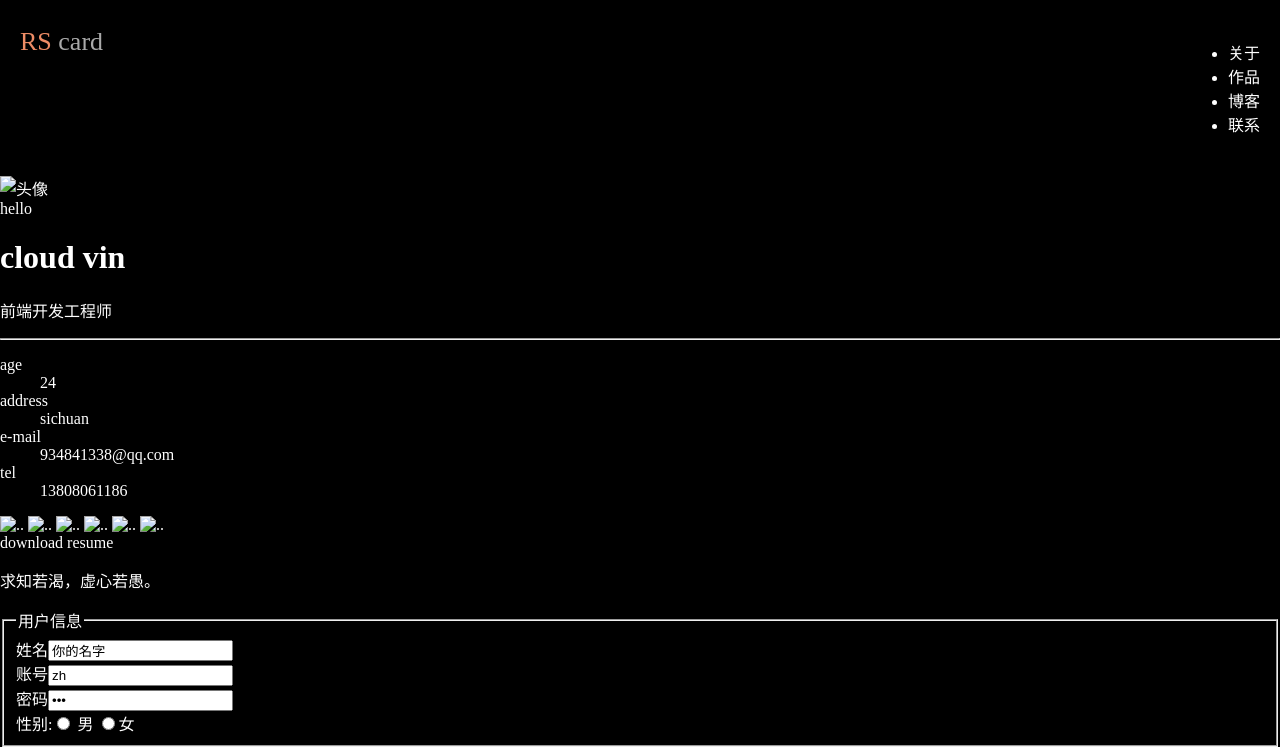
Repository: CloudVin/MyResume
Page: resume.html
The author's editor kept a copy of each file at every save. The page is drawn from the files as they stood at one save, then again after the next save.
The browser window is 1280 px wide. The pictures show the whole page.

Above is the page before, as saved 2020-07-04 16:47:35.

### resume.html
<!DOCTYPE html>
<html lang="en">

<head>
    <meta charset="UTF-8">
    <meta name="viewport" content="width=device-width, initial-scale=1.0">
    <title>my resume</title>
    <link rel="stylesheet" href="./a.css">
    <script>
        function uncheck() {
            var radio = document.getElementById("nan");
            if (radio.tag == 1) {
                radio.checked = false;
                radio.tag = 0;
            } else {
                radio.checked = true;
                radio.tag = 1;
            }
        }
    </script>
</head>

<body>
    <div class="topnavbar">
       <div class="topnavbar-inner clearfix">
            <a class="logo" href="#" alt="logo" style="float:left;">
                <span class="rs">RS</span>
                <span class="card">card</span>
            </a>

            <nav style="float: right;">

                    <ul class="clearfix">
                        <li><a href="#">关于</a>
                        </li>
                        <li><a href="#">作品</a>
                        </li>
                        <li><a href="#">博客</a>
                        </li>
                        <li><a href="#">联系</a>
                        </li>
                    </ul>

            </nav>
       </div>
    </div>
    <div class="banner">
        <div class="mask"></div>
    </div>
    <main>
        <div class="card">
            <div class="picture">
                <img src="#" alt="头像">
            </div>
            <div class="text">
                <div class="profile">
                    <span class="welcome">hello</span>
                    <h1>cloud vin</h1>
                    <p>前端开发工程师</p>
                    <hr>
                    <dl>
                        <dt>age</dt>
                        <dd>24</dd>
                        <dt>address</dt>
                        <dd>sichuan</dd>
                        <dt>e-mail</dt>
                        <dd>934841338@qq.com</dd>
                        <dt>tel</dt>
                        <dd>13808061186</dd>
                    </dl>
                </div>
                <footer class="media">
                    <a href="#"><img src="#" alt=".." /></a>
                    <a href="#"><img src="#" alt=".." /></a>
                    <a href="#"><img src="#" alt=".." /></a>
                    <a href="#"><img src="#" alt=".." /></a>
                    <a href="#"><img src="#" alt=".." /></a>
                    <a href="#"><img src="#" alt=".." /></a>
                </footer>

            </div>
        </div>
        <a class="button" href="#">download resume</a>
        <p>
            求知若渴，虚心若愚。
        </p>
    </main>
    <form>

        <fieldset>
            <legend>用户信息</legend>
            姓名<input type="text" value="你的名字"><br>
            账号<input value="zh"><br>
            密码<input type="password" value="pwd"><br>
            性别:<input type="radio" id="nan" name="radio" value="male" onclick="uncheck()">
            <lable for="nan">男</lable>
            <input type="radio" id="nv" name="radio" value="female" onclick="uncheck()"><label for="nv">女</label>
        </fieldset>
    </form>

</body>

</html>

### a.css
.clearfix::after{
    content: "";
    display: block;
    clear: both;
}
body{
    background-color: black;
    color: white;
    margin: 0;
}
a{
    text-decoration: none;
    color: inherit;
}
.topnavbar>nav>ul{
    list-style: none;
    margin: 0;
    padding: 0;
}
.topnavbar>nav>ul>li{
    float: left;
    margin-left: 17px;
    margin-right: 17px;
}
.topnavbar>nav>ul>li>a{
    font-size : 16px;
    color: darkgray;
    text-decoration: none;
    font-weight: bold;
    border-top: 3px solid transparent;
    border-bottom: 3px solid transparent;
    padding-top: 5px;
    padding-bottom: 5px;
    display: block;
}
.topnavbar>nav>ul>li>a:hover{
    border-bottom:3px solid #ee8c65;
}
.topnavbar-inner{
    padding-top: 24px;
    padding-bottom: 24px;
    margin-left: 20px;
    margin-right: 20px;
}
.topnavbar .logo{

    font-family: "Cooper Black";
    font-size: 26px;
    padding-top: 3px;
    padding-bottom: 4px;
}
.topnavbar .logo .rs{

    color: #ee8c65;
}
.topnavbar .logo .card{
    color: darkgrey;
}
.banner{

    background: url(./img/ms1.jpg);
    background-size: cover;
    background-position: center center;

}

After the next save:
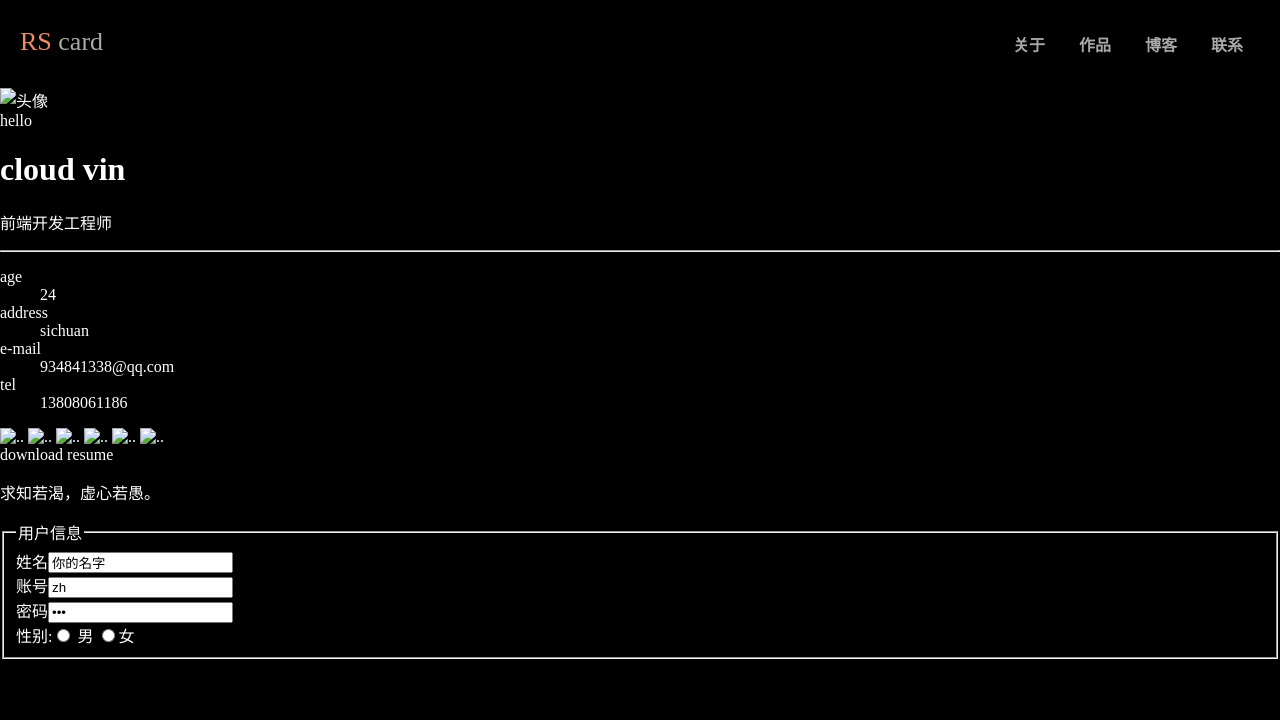
Saved 95 s later.
--- a/a.css
+++ b/a.css
@@ -12,17 +12,17 @@
     text-decoration: none;
     color: inherit;
 }
-.topnavbar>nav>ul{
+.topnavbar-inner>nav>ul{
     list-style: none;
     margin: 0;
     padding: 0;
 }
-.topnavbar>nav>ul>li{
+.topnavbar-inner>nav>ul>li{
     float: left;
     margin-left: 17px;
     margin-right: 17px;
 }
-.topnavbar>nav>ul>li>a{
+.topnavbar-inner>nav>ul>li>a{
     font-size : 16px;
     color: darkgray;
     text-decoration: none;
@@ -33,7 +33,7 @@
     padding-bottom: 5px;
     display: block;
 }
-.topnavbar>nav>ul>li>a:hover{
+.topnavbar-inner>nav>ul>li>a:hover{
     border-bottom:3px solid #ee8c65;
 }
 .topnavbar-inner{
